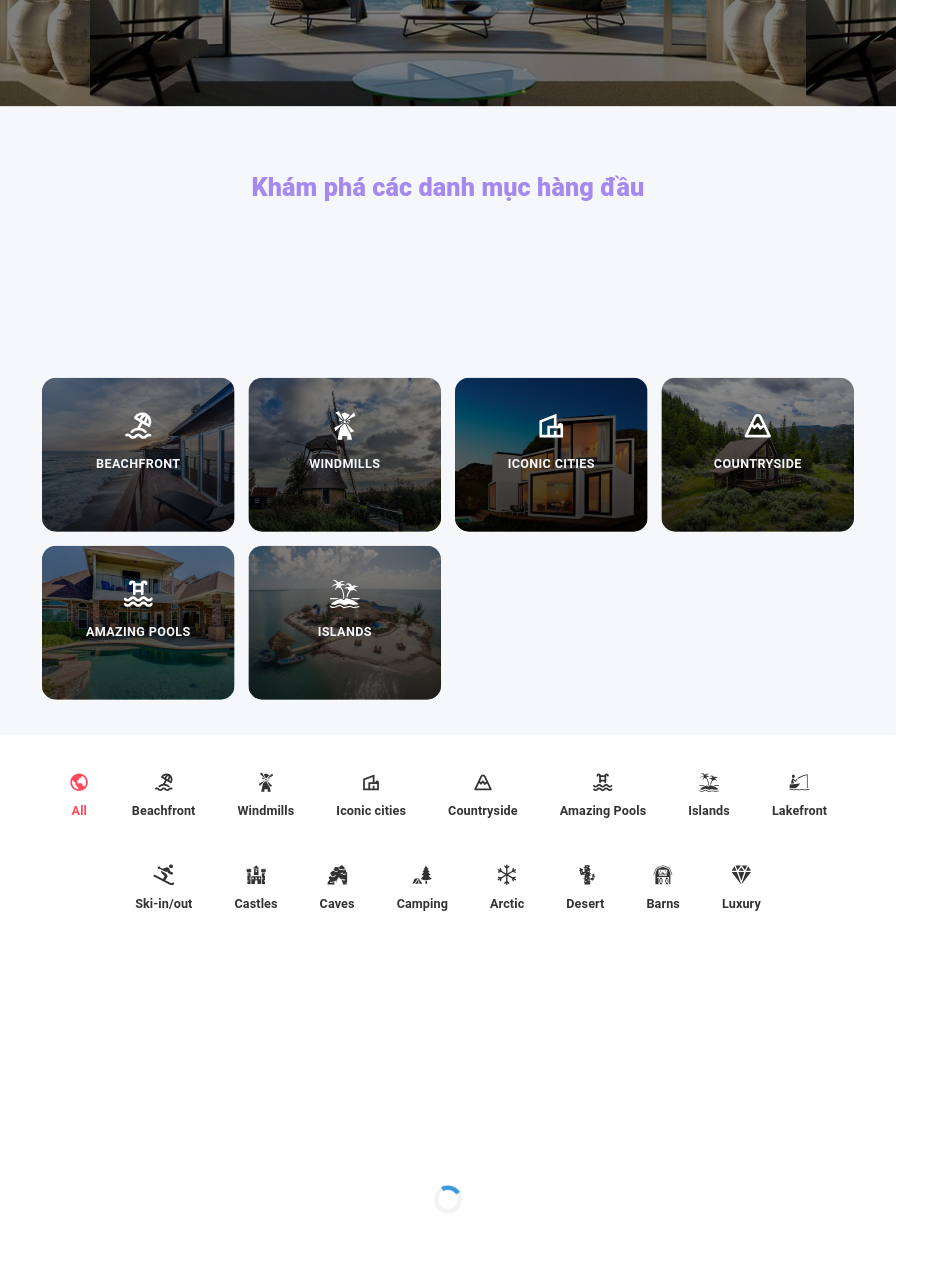
Repository: minhquang203/Homestay
Page: / (app in client/)
These files come from the project's save history. The page is drawn as it stood at one moment and after the next save; the edit follows.
The browser window is 1280 px wide. The page is 1342 px wide, so the pictures cover 1342 px, including what lies to the right of the window. The pictures show the part of the page from y = 552 to 2392 px (the page is 2822 px tall before and 2879 px after), at 70% of full size.
The page's requests for data from a server got no answer. The project was rebuilt for these pictures with package versions that can differ from the ones it lists, and the page was loaded fresh each time. No one was signed in, and anything a server would have sent is missing. Also part of the build but not shown: client/src/styles/ListingCard.scss, client/src/components/ListingCard.jsx, client/src/styles/variable.scss, client/src/styles/List.scss, client/src/pages/CategoryPage.jsx, client/src/styles/CreateListing.scss, client/src/pages/CreateListing.jsx, client/src/styles/ListingDetails.scss and 17 more.

Above is the page before, as saved 2025-04-04 00:01:20.

### client/public/index.html
<!DOCTYPE html>
<html lang="en">
  <head>
    <meta charset="utf-8" />
    <link rel="icon" href="%PUBLIC_URL%/favicon.ico" />
    <meta name="viewport" content="width=device-width, initial-scale=1" />
    <meta name="theme-color" content="#000000" />
    <meta
      name="description"
      content="Web site created using create-react-app"
    />
    <link rel="apple-touch-icon" href="%PUBLIC_URL%/logo192.png" />
    <link rel="manifest" href="%PUBLIC_URL%/manifest.json" />
    <link rel="preconnect" href="https://fonts.googleapis.com">
    <link rel="preconnect" href="https://fonts.gstatic.com" crossorigin>
    <link href="https://fonts.googleapis.com/css2?family=Nunito:ital,wght@0,200..1000;1,200..1000&display=swap" rel="stylesheet">
    <title>HomeStayMove</title>
  </head>
  <body>
    <div id="root"></div>

  </body>
</html>

### client/src/App.css
* {
  margin: 0;
  padding: 0;
  box-sizing: border-box;
  font-family: 'Nunito'sans-serif;
}

### client/src/pages/HomePage.jsx
import Categories from "../components/Categories";
import Footer from "../components/Footer";
import Listings from "../components/Listings";
import Navbar from '../components/Navbar';
import Slide from "../components/Slide";



const HomePage = () => {

  // Lấy thông tin người dùng từ Redux state
  return <div>
    <Navbar/>
    <Slide/>
    <Categories/>
    <Listings/>
    <Footer />
  </div>;
};

export default HomePage;

### client/src/components/Footer.jsx
import { Email, LocalPhone } from "@mui/icons-material";
import { Link } from "react-router-dom";
import "../styles/Footer.scss";
const Footer = () => {
  return (
    <div className="footer">
      <div className="footer_left">
        <a href="/">
          <img src="/assets/logo.png" alt="logo" />
        </a>
      </div>

      <div className="footer_center">
        <h3>Useful Links</h3>
        <ul>
          <li>
            <Link to="/about-us">About Us</Link>
          </li>
          <li>
            <Link to="/terms-and-conditions">Terms and Conditions</Link>
          </li>
          <li>
            <Link to="/return-and-refund-policy">Return and Refund Policy</Link>
          </li>
        </ul>
      </div>

      <div className="footer_right">
        <h3>Contact</h3>
        <div className="footer_right_info">
          <LocalPhone />
          <p>+84 904421394</p>
        </div>
        <div className="footer_right_info">
          <Email />
          <p>homestay@gmail.com</p>
          <p>tranminhquang082003@gmail.com</p>
        </div>
        <img src="/assets/payment.png" alt="payment" />
      </div>
    </div>
  );
};

export default Footer;

### client/src/components/Loader.jsx
import "../styles/Loader.scss";

const Loader = () => {
  return (
    <div className="loader">
      <div className="loader-inner"></div>
    </div>
  );
};

export default Loader;

### client/src/components/Navbar.jsx
import { Menu, Person, Search } from "@mui/icons-material";
import { IconButton } from "@mui/material";
import { useState } from "react";
import { useDispatch, useSelector } from "react-redux";
import { Link, useNavigate } from "react-router-dom";
import { setLogout } from "../Redux/state";
import "../styles/Navbar.scss";
import variables from "../styles/variable.scss";

const Navbar = () => {
  const [dropdownMenu, setDropdownMenu] = useState(false);
  const user = useSelector((state) => state.user);
  const dispatch = useDispatch();
  const [search, setSearch] = useState("")
  const navigate = useNavigate();

  const handleLogout = () => {
    dispatch(setLogout());
    navigate("/login");
  };

  return (
    <div className="navbar">
      <Link to="/">
        <img src="/assets/logo.png" alt="logo" />
      </Link>

      <div className="navbar_search">
        <input
          type="text"
          placeholder="Search ..."
          value={search}
          onChange={(e) => setSearch(e.target.value)}
        />
        <IconButton disabled={search === ""}>
          <Search
            sx={{ color: variables.pinkred }}
            onClick={() => {navigate(`/properties/search/${search}`)}}
          />
        </IconButton>
      </div>

      <div className="navbar_right">
        {/* Hiển thị điều kiện tùy theo trạng thái người dùng */}
        <Link to={user ? "/create-listing" : "/login"} className="navbar_right_host">
          Tạo phòng cho thuê
        </Link>

        {/* Nút tài khoản để mở menu thả xuống */}
        <button
          className="navbar_right_account"
          onClick={() => setDropdownMenu((prev) => !prev)} // Chuyển đổi trạng thái menu thả xuống
        >
          <Menu sx={{ color: variables.darkgrey }} />
          <Person sx={{ color: variables.darkgrey }} />
        </button>

        {/* Menu thả xuống cho người dùng đã đăng nhập */}
        {dropdownMenu && user && (
          <div className="navbar_right_accountmenu">
            <Link to="/profile">Thông Tin</Link>
            <Link to={`/${user._id}/trips`}>Danh sách chuyến đi</Link>
            <Link to={`/${user._id}/wishList`}>Yêu thích </Link>
            <Link to={`/${user._id}/properties`}>Phòng cho thuê </Link>
            <Link to={`/${user._id}/reservations`}>Đặt chỗ </Link>
            <Link to="/login" onClick={handleLogout}>
              Đăng xuất
            </Link>
          </div>
        )}

        {/* Menu thả xuống cho người dùng chưa đăng nhập */}
        {dropdownMenu && !user && (
          <div className="navbar_right_accountmenu">
            <Link to="/login">Đăng nhập</Link>
            <Link to="/register">Đăng ký</Link>
          </div>
        )}
      </div>
    </div>
  );
};

export default Navbar;

### client/src/components/Categories.jsx
import { Link } from "react-router-dom";
import { categories } from "../data";
import "../styles/Categories.scss";

const Categories = () => {
  return (
    <div className="categories">
      <h1>Khám phá các danh mục hàng đầu</h1>
      <p>
        Tại HomeStayMove, chúng tôi cung cấp nhiều lựa chọn nhà nghỉ dưỡng phù hợp
        với mọi loại du khách. Từ biệt thự sang trọng đến căn hộ ấm cúng, mỗi
        chỗ nghỉ đều mang đến sự thoải mái và tiện nghi như ở nhà. Hãy đắm mình
        vào văn hóa địa phương và tạo ra những kỷ niệm khó quên tại điểm đến mơ
        ước của bạn. Với HomeStayMove , chuyến đi của bạn sẽ trở nên trọn vẹn hơn
        bao giờ hết.
      </p>

      <div className="categories_list">
        {categories?.slice(1, 7).map((category, index) => (
          <Link to={`/properties/category/${category.label}`}>
            <div className="category">
              <img src={category.img} alt={category.label} />
              <div className="overlay">
                <div className="category_text">
                  <div className="category_text_icon">
                    {category.icon}
                    <p>{category.label}</p>
                  </div>
                </div>
              </div>
            </div>
          </Link>
        ))}
      </div>
    </div>
  );
};

export default Categories;

### client/src/components/Listings.jsx
import { useEffect, useState } from "react";
import { useDispatch, useSelector } from "react-redux";
import { categories } from "../data";
import { setListings } from "../Redux/state";
import "../styles/Listings.scss";
import ListingCard from "./ListingCard";
import Loader from "./Loader";

const Listings = () => {
  const dispatch = useDispatch();
  const [loading, setLoading] = useState(true);

  const [selectedCategory, setSelectedCategory] = useState("All");

  const listings = useSelector((state) => state.listings);

  const getFeedListings = async () => {
    try {
      const response = await fetch(
        selectedCategory !== "All"
          ? `http://localhost:3002/properties?category=${selectedCategory}`
          : "http://localhost:3002/properties",
        {
          method: "GET",
        }
      );

      const data = await response.json();
      dispatch(setListings({ listings: data }));
      setLoading(false);
    } catch (err) {
      console.log("Fetch Listings Failed", err.message);
    }
  };

  useEffect(() => {
    getFeedListings();
  }, [selectedCategory]);

  return (
    <>
      <div className="category-list">
        {categories?.map((category, index) => (
          <div
            className={`category ${category.label === selectedCategory ? "selected" : ""}`}
            key={index}
            onClick={() => setSelectedCategory(category.label)}
          >
            <div className="category_icon">{category.icon}</div>
            <p>{category.label}</p>
          </div>
        ))}
      </div>

      {loading ? (
        <Loader />
      ) : (
        <div className="listings">
          {listings.map(
            ({
              _id,
              creator,
              listingPhotoPaths,
              city,
              province,
              country,
              category,
              type,
              price,
              booking = false
            }) => (
              <ListingCard
                key={_id}
                listingId={_id}
                creator={creator}
                listingPhotoPaths={listingPhotoPaths}
                city={city}
                province={province}
                country={country}
                category={category}
                type={type}
                price={price}
                booking ={booking}
              />
            )
          )}
        </div>
      )}
    </>
  );
};

export default Listings;

### client/src/components/Slide.jsx
import "../styles/Slide.scss";

const Slide = () => {
  return (
    <div className="slidePage">
      <h1>
        "Hành trình mới đang chờ đón bạn <hr/>   Đặt chuyến đi ngay hôm nay cùng
        HomeStayMoves !
      </h1>
    </div>
  );
};

export default Slide;

### client/src/styles/Footer.scss
@import "./variable.scss";
@import "./breakpoints.scss";

.footer {
  display: flex;
  justify-content: space-between;
  align-items: center;
  gap: 50px;
  padding: 10px 70px;

  @include lg {
    padding: 10px 30px;
  }

  &_left {
    max-width: 400px;

    img {
      max-width: 150px;
      margin-bottom: 20px;
    }

    &_socials {
      display: flex;
      gap: 25px;
      margin-top: 20px;

      &_icon {
        width: 40px;
        height: 40px;
        border-radius: 50%;
        background-color: $pinkred;
        display: flex;
        justify-content: center;
        align-items: center;
        cursor: pointer;
        transition: all 0.5s ease-in-out;

        &:hover {
          transform: scale(1.2);
        }
      }
    }
  }

  &_center {
    text-decoration: none;

    ul {
      list-style: none;
      margin-top: 20px;
      cursor: pointer;

      li:hover {
        color: $pinkred
      }

      a {
        text-decoration: none;
        color: black;

        &:hover {
          color: $pinkred;
        }
      }
    }

    @include md {
      display: none;
    }
  }

  &_right {
    max-width: 350px;

    h3 {
      margin-bottom: 20px;
    }

    &_info {
      display: flex;

      p {
        margin-left: 20px;
        margin-bottom: 15px;
      }
    }

    @include sm {
      display: none;
    }
  }
}

### client/src/styles/Loader.scss
.loader {
    display: flex;
    justify-content: center;
    align-items: center;
    height: 100vh;
  }

  .loader-inner {
    border: 6px solid #f3f3f3;
    border-top: 6px solid #3498db;
    border-radius: 50%;
    width: 40px;
    height: 40px;
    animation: spin 2s linear infinite;
  }

  @keyframes spin {
    0% { transform: rotate(0deg); }
    100% { transform: rotate(360deg); }
  }

### client/src/styles/Navbar.scss
@import "./breakpoints.scss";
@import "./variable.scss";

.navbar {
  padding: 10px 60px;
  display: flex;
  justify-content: space-between;
  align-items: center;
  position: relative;
  background-color: #ffff;
  box-shadow: $box-shadow-small;  // Dùng biến shadow nhỏ cho navbar

  @include media-query(sm) {
    padding: 10px 20px;
  }

  img {
    width: 100px;
    cursor: pointer;
  }

  &_search {
    border: 1px solid $grey;
    border-radius: 30px;
    height: 50px;
    padding: 0 20px;
    display: flex;
    gap: 20px;
    align-items: center;
    width: 350px;

    input {
      border: none;
      outline: none;
      flex: 1;
      padding: 5px 10px;
    }

    &:hover {
      box-shadow: $box-shadow-small;
    }

    @include media-query(lg) {
      width: 500px;
    }

    @include media-query(sm) {
      display: none;
    }
  }

  &_right {
    display: flex;
    align-items: center;
    gap: 20px;

    .navbar_right_host {
      text-decoration: none;
      color: $darkgrey;
      font-weight: 700;
      cursor: pointer;

      &:hover {
        color: $pinkred;
      }

      @include media-query(sm) {
        display: none;
      }
    }

    &_account {
      height: 50px;
      display: flex;
      align-items: center;
      padding: 0 10px;
      border: 1px solid $grey;
      border-radius: 30px;
      gap: 10px;
      background-color: #ffff;
      cursor: pointer;
      transition: box-shadow 0.3s ease;

      &:hover {
        box-shadow: $box-shadow-large;
      }

      svg {
        color: $darkgrey;
      }
    }

    &_accountmenu {
      position: absolute;
      background-color: #ffff;
      right: 60px;
      top: 80px;
      display: flex;
      flex-direction: column;
      width: 200px;
      padding: 10px 0;
      border: 1px solid $lightgrey;
      border-radius: 20px;
      box-shadow: $box-shadow-large;
      z-index: 9999;

      @include media-query(sm) {
        right: 20px;
      }

      a {
        width: 100%;
        padding: 8px 15px;
        text-decoration: none;
        color: $grey;
        font-weight: 700;
        display: block;

        &:hover {
          color: $pinkred;
          background-color: rgba(217, 213, 213, 0.2);
        }
      }
    }
  }
}

### client/src/styles/breakpoints.scss
  $breakpoints: (
    xs: 480px,
    sm: 768px,
    md: 992px,
    lg: 1200px,
    xl: 1400px
  );

  // Mixin media-query để dễ sử dụng các điểm ngắt
  @mixin media-query($size) {
    $breakpoint: map-get($breakpoints, $size);

    @if $breakpoint {
      @media (max-width: #{$breakpoint}) {
        @content;
      }
    } @else {
      @warn "Breakpoint '#{$size}' không tồn tại trong danh sách breakpoints!";
    }
  }
  @mixin sm {
    @media (max-width: map-get($breakpoints, "sm")) {
        @content;
    }
}

@mixin mm {
    @media (max-width: map-get($breakpoints, "mm")) {
        @content;
    }
}

@mixin md {
    @media (max-width: map-get($breakpoints, "md")) {
        @content;
    }
}

@mixin ml {
    @media (max-width: map-get($breakpoints, "ml")) {
        @content;
    }
}

@mixin lg {
    @media (max-width: map-get($breakpoints, "lg")) {
        @content;
    }
}

@mixin xl {
    @media (max-width: map-get($breakpoints, "xl")) {
        @content;
    }
}

  // Mixin để tạo kiểu cho button
  @mixin buttonStyle {
    padding: 10px 15px;
    background-color: $pinkred;
    border: none;
    font-size: 20px;
    font-weight: 600;
    cursor: pointer;
    transform: 0.3s ease;
    color: white;
    border-radius: 10px;
  }
  // Mixin flex-center để căn giữa các phần tử theo cả chiều ngang và dọc
@mixin flex-center {
  display: flex;
  justify-content: center;
  align-items: center;
}

### client/src/styles/Categories.scss
@import "./variable.scss";
@import "./breakpoints.scss";

.categories {
  padding: 50px 60px;
  display: flex;
  flex-direction: column;
  align-items: center;
  text-align: center;
  background-color: $lightgrey;

  h1 {
    color: $blue;
    font-size: 36px;
    font-weight: 800;
    margin-bottom: 20px;
  }

  p {
    max-width: 700px;
    font-size: 18px;
    color: $lightgrey;
    line-height: 1.6;
    margin-bottom: 40px;
  }

  .categories_list {
    display: grid;
    grid-template-columns: repeat(auto-fit, minmax(250px, 1fr));
    gap: 20px;
    width: 100%;

    a {
      text-decoration: none;
    }

    .category {
      position: relative;
      display: flex;
      justify-content: center;
      align-items: center;
      width: 100%;
      height: 220px;
      overflow: hidden;
      border-radius: 20px;
      cursor: pointer;
      transition: transform 0.4s ease, box-shadow 0.4s ease;

      img {
        position: absolute;
        width: 100%;
        height: 100%;
        object-fit: cover;
        transition: transform 0.4s ease, filter 0.4s ease;
        filter: brightness(0.8);
      }

      .overlay {
        position: absolute;
        width: 100%;
        height: 100%;
        background: linear-gradient(180deg, rgba(0, 0, 0, 0.3), rgba(0, 0, 0, 0.7));
        transition: background-color 0.4s ease;
        display: flex;
        justify-content: center;
        align-items: center;
      }

      &_text {
        position: relative;
        color: white;
        text-align: center;
        z-index: 2;

        &_icon {
          font-size: 45px;
          margin-bottom: 10px;
          transition: transform 0.4s ease;
        }

        p {
          font-size: 18px;
          font-weight: 700;
          letter-spacing: 0.5px;
          text-transform: uppercase;
        }
      }

      &:hover {
        transform: translateY(-10px);
        box-shadow: 0 15px 30px rgba(0, 0, 0, 0.3);

        img {
          transform: scale(1.1);
          filter: brightness(1);
        }

        .overlay {
          background: linear-gradient(180deg, rgba(0, 0, 0, 0.5), rgba(0, 0, 0, 0.9));
        }

        &_text_icon {
          transform: scale(1.2);
        }
      }
    }
  }
}

### client/src/styles/Listings.scss
@import "./variable.scss";
@import "./breakpoints.scss";

.category-list {
  padding: 50px 80px;
  display: flex;
  justify-content: center;
  flex-wrap: wrap;
  gap: 60px;

  @include sm {
    padding: 50px 20px;
  }

  .category {
    display: flex;
    flex-direction: column;
    align-items: center;
    color: $darkgrey;
    cursor: pointer;

    &_icon {
      font-size: 30px;
    }

    p {
      font-size: 18px;
      font-weight: 700;
    }

    &:hover {
      color: $pinkred;
    }
  }

  .selected {
    color: $pinkred;
  }
}

.listings {
  padding: 0 60px 120px;
  display: flex;
  flex-wrap: wrap;
  justify-content: center;
  gap: 5px;

  @include lg {
    padding: 0 20px 120px;
  }
}

### client/src/styles/Slide.scss
.slidePage {
  width: 100vw;
  height: 80vh;
  background: linear-gradient(rgba(0, 0, 0, 0.5), rgba(0, 0, 0, 0.5)),
    url("../../public/assets/slide.jpg");
  background-position: center top;
  background-size: contain;

  display: flex;
  justify-content: center;
  align-items: center;
  text-align: center;
  position: relative;

  animation: moveRight 2s ease-out forwards; /* Di chuyển từ trái sang phải */
}

// /* Định nghĩa keyframe cho hiệu ứng chuyển động từ trái sang phải */
// @keyframes moveRight {
//   0% {
//     transform: translateX(-100%); /* Bắt đầu bên ngoài màn hình (trái) */
//   }
//   100% {
//     transform: translateX(0); /* Kết thúc tại vị trí ban đầu */
//   }
// }

h1 {
  padding: 40px 20px;
  font-size: 40px;
  text-align: center;
  color: white;
  z-index: 1; /* Đảm bảo văn bản luôn ở trên hình nền */
  position: relative;
}

Loaded but not shown: client/src/data.js (270 lines, source omitted); client/src/App.js (46 lines, source omitted); client/src/Redux/state.js (69 lines, source omitted); client/src/Redux/store.js (38 lines, source omitted); client/src/index.js (33 lines, source omitted)

After the next save:
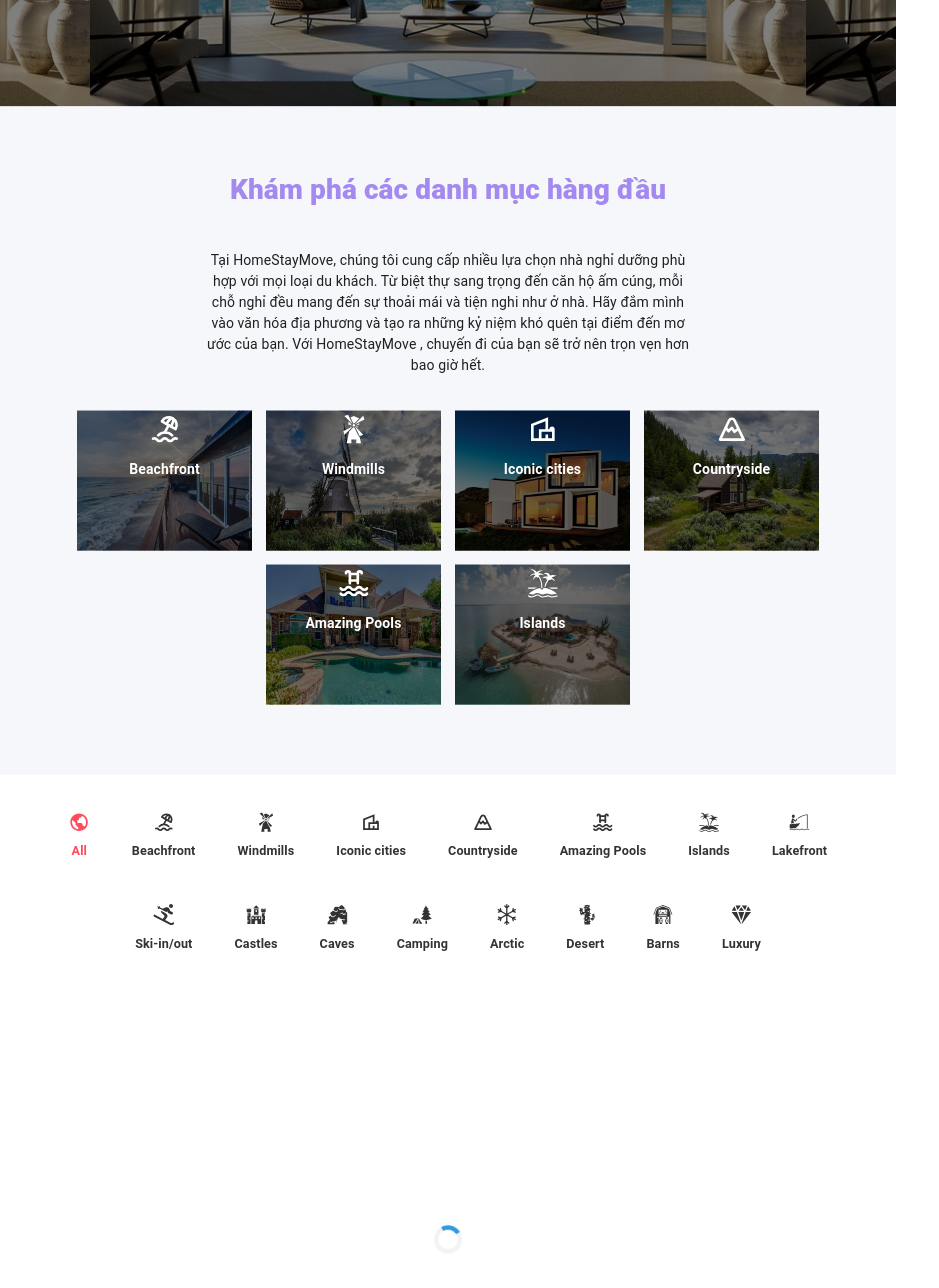
Saved 8 s later.
--- a/client/src/styles/Categories.scss
+++ b/client/src/styles/Categories.scss
@@ -9,26 +9,25 @@
   text-align: center;
   background-color: $lightgrey;
 
+
   h1 {
     color: $blue;
-    font-size: 36px;
+    font-size: 40px;
     font-weight: 800;
-    margin-bottom: 20px;
+    margin-bottom: 15px;
   }
 
   p {
     max-width: 700px;
-    font-size: 18px;
-    color: $lightgrey;
-    line-height: 1.6;
-    margin-bottom: 40px;
+    font-size: 20px;
   }
 
   .categories_list {
-    display: grid;
-    grid-template-columns: repeat(auto-fit, minmax(250px, 1fr));
+    display: flex;
+    flex-wrap: wrap;
+    padding: 50px 0;
+    justify-content: center;
     gap: 20px;
-    width: 100%;
 
     a {
       text-decoration: none;
@@ -39,70 +38,44 @@
       display: flex;
       justify-content: center;
       align-items: center;
-      width: 100%;
-      height: 220px;
-      overflow: hidden;
-      border-radius: 20px;
+      width: 250px;
+      height: 200px;
       cursor: pointer;
-      transition: transform 0.4s ease, box-shadow 0.4s ease;
 
       img {
         position: absolute;
         width: 100%;
         height: 100%;
-        object-fit: cover;
-        transition: transform 0.4s ease, filter 0.4s ease;
-        filter: brightness(0.8);
       }
 
       .overlay {
         position: absolute;
         width: 100%;
         height: 100%;
-        background: linear-gradient(180deg, rgba(0, 0, 0, 0.3), rgba(0, 0, 0, 0.7));
-        transition: background-color 0.4s ease;
-        display: flex;
-        justify-content: center;
-        align-items: center;
+        background-color: rgba(0, 0, 0, 0.55);
+        transition: 0.3s ease-in-out;
       }
 
       &_text {
         position: relative;
         color: white;
-        text-align: center;
-        z-index: 2;
 
         &_icon {
           font-size: 45px;
-          margin-bottom: 10px;
-          transition: transform 0.4s ease;
         }
 
         p {
-          font-size: 18px;
-          font-weight: 700;
-          letter-spacing: 0.5px;
-          text-transform: uppercase;
+          font-weight: 600;
         }
       }
 
       &:hover {
-        transform: translateY(-10px);
-        box-shadow: 0 15px 30px rgba(0, 0, 0, 0.3);
-
-        img {
-          transform: scale(1.1);
-          filter: brightness(1);
-        }
-
         .overlay {
-          background: linear-gradient(180deg, rgba(0, 0, 0, 0.5), rgba(0, 0, 0, 0.9));
-        }
-
-        &_text_icon {
-          transform: scale(1.2);
+          width: 80%;
+          height: 80%;
         }
       }
+
     }
   }
 }
